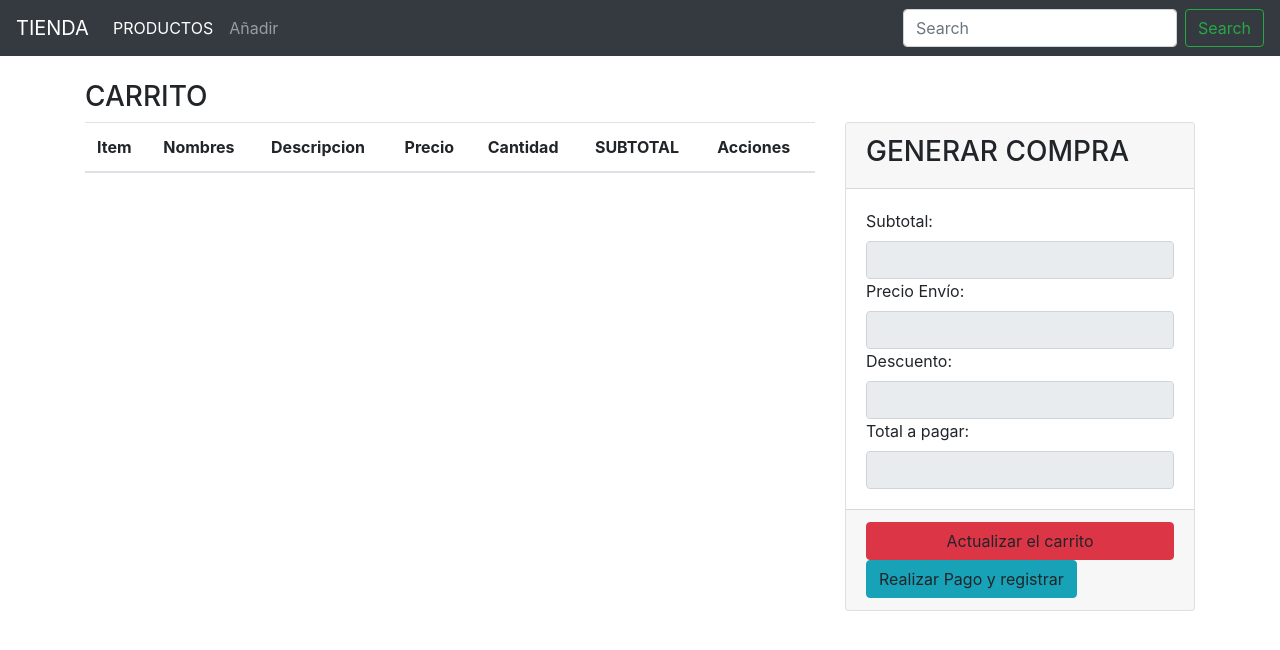
Repository: Siyodigoligof/DesarrolloAppWebsII-CL1
Page: http://localhost/carrito
The author's editor kept a copy of each file at every save. The page is drawn from the files as they stood at one save, then again after the next save.
The browser window is 1280 px wide. The pictures show the whole page.
Some web libraries are served in a nearby version. The page is this project's Thymeleaf template; nobody is signed in. The template is opened directly, without the code that normally fills it, so the values that code supplies are empty.

Above is the page before, as saved 2023-09-28 10:31:11.

### DAWII-CL1-1/src/main/resources/templates/carrito.html
<!DOCTYPE html>
<html xmlns:th="http://www.thymeleaf.org">
	<head>
		<title>PRODUCTOS</title>
		<link rel="stylesheet" href="https://cdn.jsdelivr.net/npm/bootstrap@4.0.0/dist/css/bootstrap.min.css" integrity="sha384-Gn5384xqQ1aoWXA+058RXPxPg6fy4IWvTNh0E263XmFcJlSAwiGgFAW/dAiS6JXm" crossorigin="anonymous">
	</head>
	<body>
<nav class="navbar navbar-expand-lg navbar-dark bg-dark">
  	<a class="navbar-brand" href="#">TIENDA</a>
  	<button class="navbar-toggler" type="button" data-toggle="collapse" data-target="#navbarSupportedContent" aria-controls="navbarSupportedContent" aria-expanded="false" aria-label="Toggle navigation">
   	<span class="navbar-toggler-icon"></span>
  	</button>

  	<div class="collapse navbar-collapse" id="navbarSupportedContent">
    <ul class="navbar-nav mr-auto">
      <li class="nav-item active">
        <a th:href="@{listar}" class="nav-link" href="#">PRODUCTOS <span class="sr-only">(current)</span></a>
      </li>
      <li class="nav-item">
        <a th:href="@{create}" class="nav-link" href="#">Añadir</a>
      </li>


    </ul>
    <form class="form-inline my-2 my-lg-0">
      <input class="form-control mr-sm-2" type="search" placeholder="Search" aria-label="Search">
      <button class="btn btn-outline-success my-2 my-sm-0" type="submit">Search</button>
    </form>

  </div>
</nav>
	<div class="container mt-4">
		<h3>CARRITO</h3>
		<div class="row">
			<div class="col-sm-8">
				<table class="table">
				<thead>
					<tr>
						<th>Item</th>
						<th>Nombres</th>
						<th>Descripcion</th>
						<th>Precio</th>
						<th>Cantidad</th>
						<th>SUBTOTAL</th>
						<th>Acciones</th>
					</tr>
				</thead>
				<tbody>
					<tr th:each="reg:${Producto}">
						<td th:text="${reg.id}"></td>
						<td th:text="${reg.name}"></td>
						<td th:text="${reg.description}"></td>
						<td th:text="${reg.price}"></td>
						<td th:text="${reg.ide}"></td>
						<td th:text="${reg.price}"></td>
						<td>

							<a th:href="@{/delete/}+${reg.id}" class="btn btn-danger">Eliminar</a>
						</td>
					</tr>
				</tbody>
			</table>
			</div>
			<div class="col-sm-4">
				<div class="card">
					<div class="card-header">
						<h3>GENERAR COMPRA</h3>
					</div>
					<div class="card-body">
						<label>Subtotal:</label>
						<input type="text" readonly="" class="form-control">
						<label>Precio Envío:</label>
						<input type="text" readonly="" class="form-control">
						<label>Descuento:</label>
						<input type="text" readonly="" class="form-control">
						<label>Total a pagar:</label>
						<input type="text" readonly="" class="form-control">
					</div>
					<div class="card-footer">
						<a class="btn btn-danger btn-block">Actualizar el carrito</a>
						<a class="btn btn-info btn-blog">Realizar Pago y registrar</a>

					</div>
				</div>
			</div>

		</div>

	</div>




		<script src="https://code.jquery.com/jquery-3.2.1.slim.min.js" integrity="sha384-KJ3o2DKtIkvYIK3UENzmM7KCkRr/rE9/Qpg6aAZGJwFDMVNA/GpGFF93hXpG5KkN" crossorigin="anonymous"></script>
<script src="https://cdn.jsdelivr.net/npm/popper.js@1.12.9/dist/umd/popper.min.js" integrity="sha384-ApNbgh9B+Y1QKtv3Rn7W3mgPxhU9K/ScQsAP7hUibX39j7fakFPskvXusvfa0b4Q" crossorigin="anonymous"></script>
<script src="https://cdn.jsdelivr.net/npm/bootstrap@4.0.0/dist/js/bootstrap.min.js" integrity="sha384-JZR6Spejh4U02d8jOt6vLEHfe/JQGiRRSQQxSfFWpi1MquVdAyjUar5+76PVCmYl" crossorigin="anonymous"></script>
	</body>
</html>

After the next save:
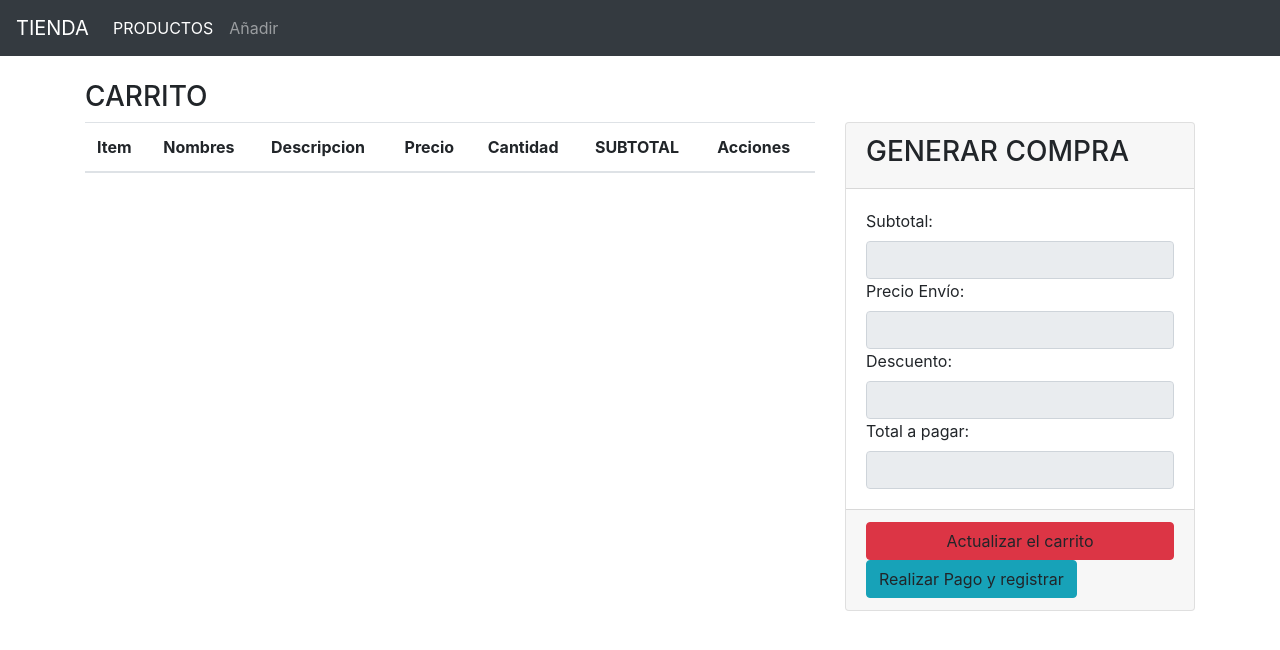
Saved 1 s later.
--- a/DAWII-CL1-1/src/main/resources/templates/carrito.html
+++ b/DAWII-CL1-1/src/main/resources/templates/carrito.html
@@ -22,10 +22,7 @@
 
 
     </ul>
-    <form class="form-inline my-2 my-lg-0">
-      <input class="form-control mr-sm-2" type="search" placeholder="Search" aria-label="Search">
-      <button class="btn btn-outline-success my-2 my-sm-0" type="submit">Search</button>
-    </form>
+
 
   </div>
 </nav>
